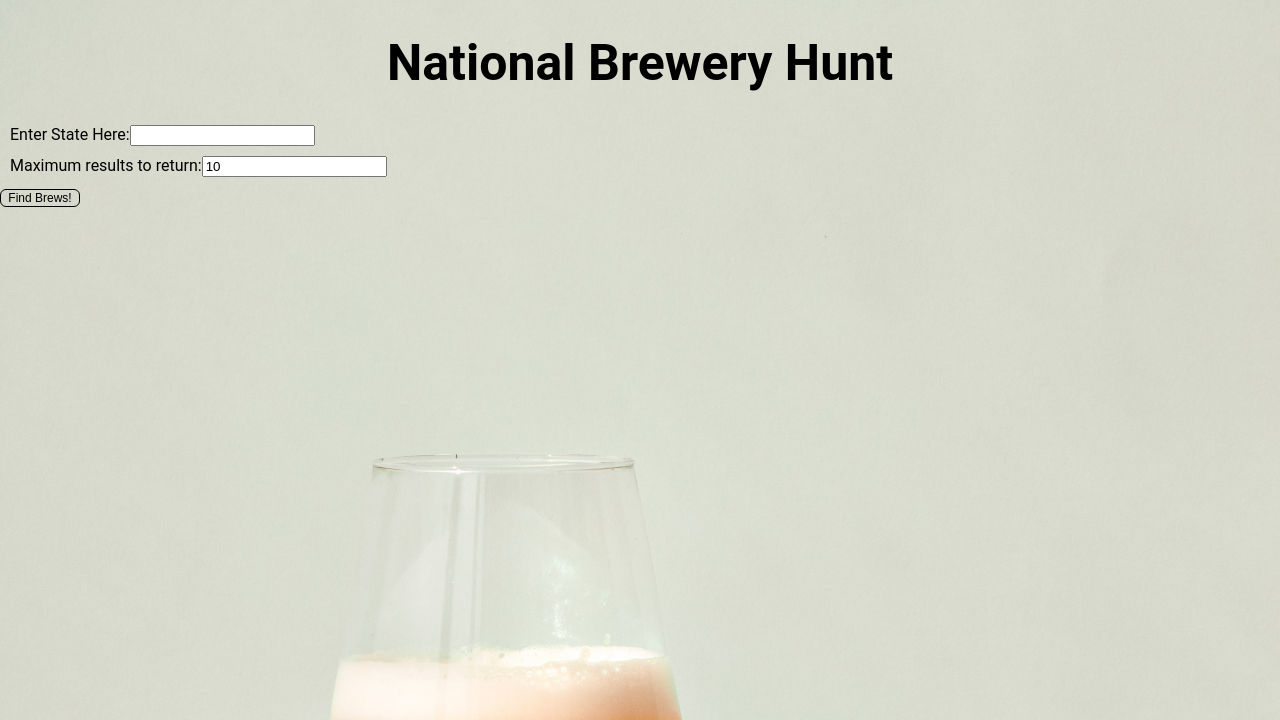
Repository: kaitlynMidori/searchBrews
Page: index.html
An editor plug-in stored every save of this project. The page is shown before and after the next save, followed by the edit.
The browser window is 1280 px wide. The pictures show the whole page.

Above is the page before, as saved 2021-01-08 14:06:13.

After the next save:
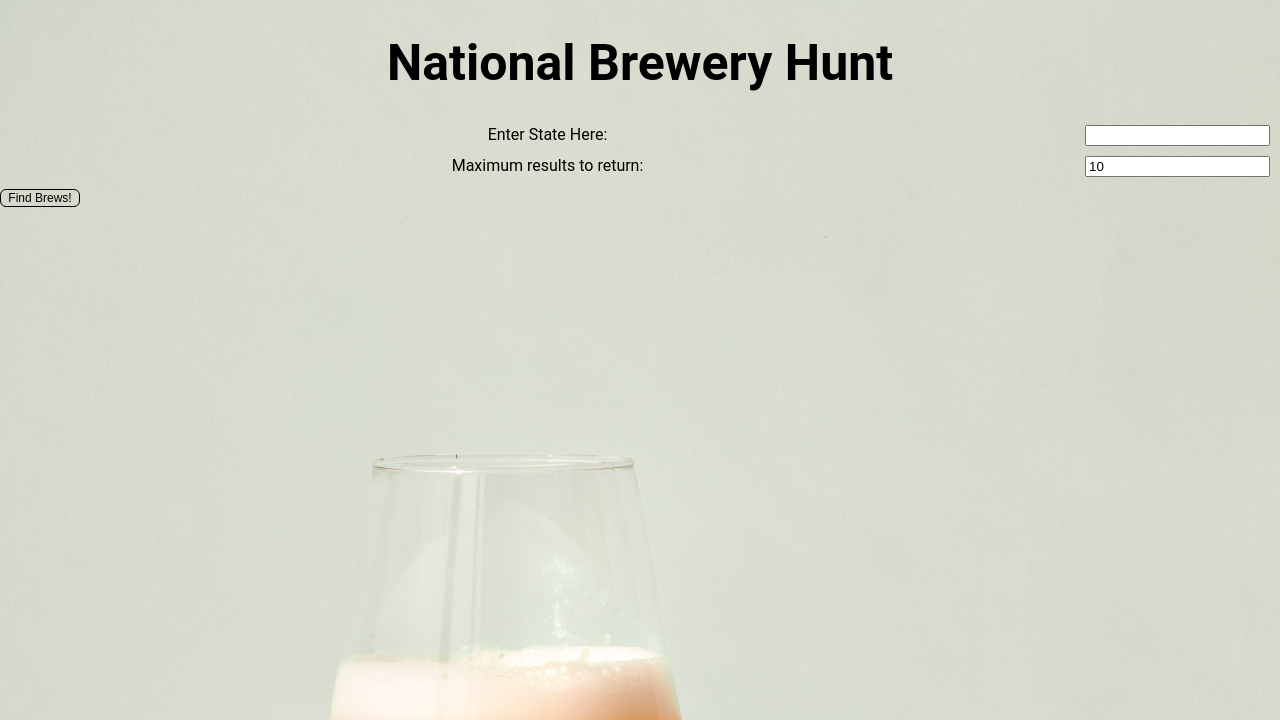
Saved 18 s later.
--- a/style.css
+++ b/style.css
@@ -55,7 +55,8 @@ p {
 
 label {
     justify-content: center;
-    margin: none;
+    margin-left: auto;
+    margin-right: auto;
 }
 
 .results-amount {
